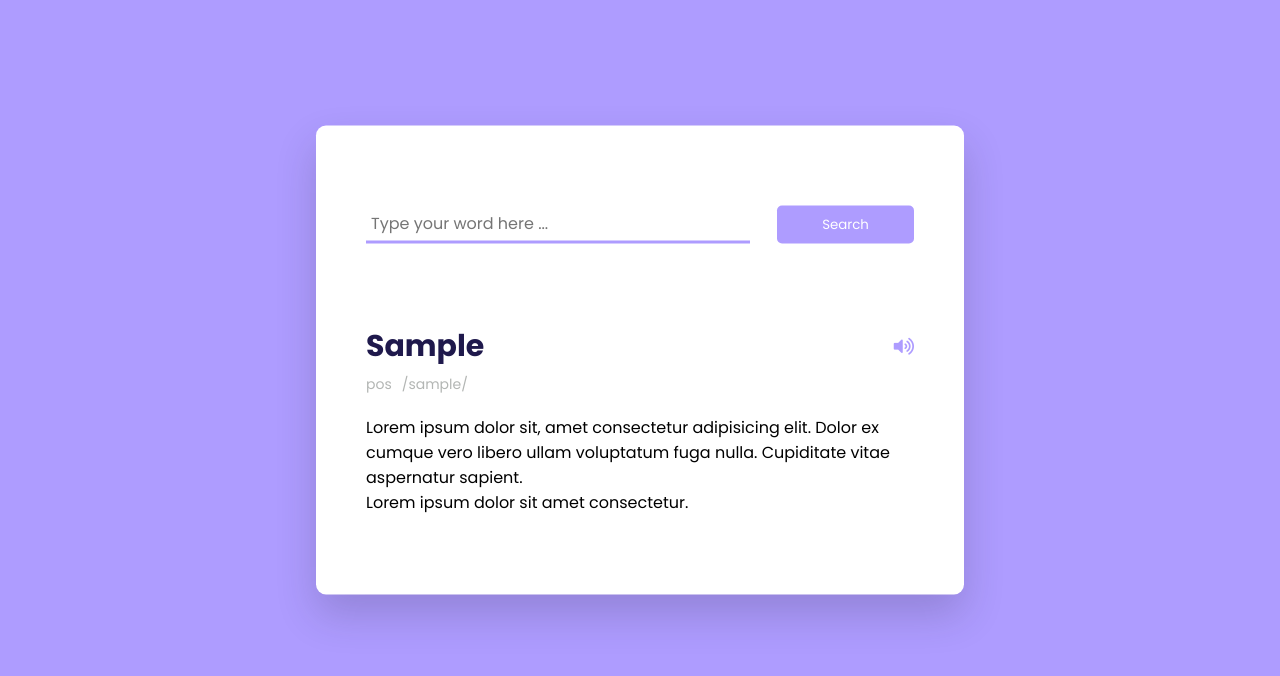
Repository: MohamedMostafaTaha/Translation_app
Page: index.html
The author's editor kept a copy of each file at every save. The page is drawn from the files as they stood at one save, then again after a run of saves.
The browser window is 1280 px wide. The pictures show the whole page.

Above is the page before, as saved 2023-09-16 18:28:20.

After the next 2 saves:
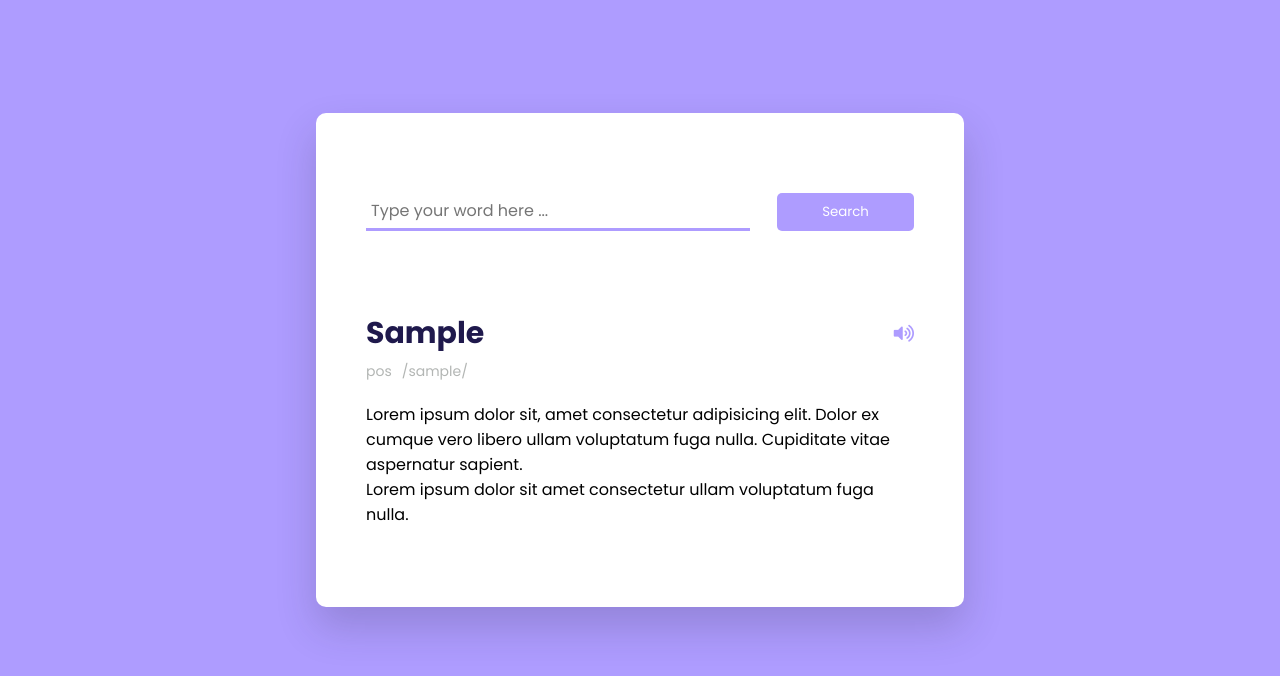
The 2 saves are shown as one change because they came seconds apart.
The last was saved 13 s later.
--- a/index.html
+++ b/index.html
@@ -44,7 +44,9 @@
           cumque vero libero ullam voluptatum fuga nulla. Cupiditate vitae
           aspernatur sapient.
         </p>
-        <p class="word-example">Lorem ipsum dolor sit amet consectetur.</p>
+        <p class="word-example">
+          Lorem ipsum dolor sit amet consectetur ullam voluptatum fuga nulla.
+        </p>
       </div>
     </div>
     <script src="main.js"></script>
